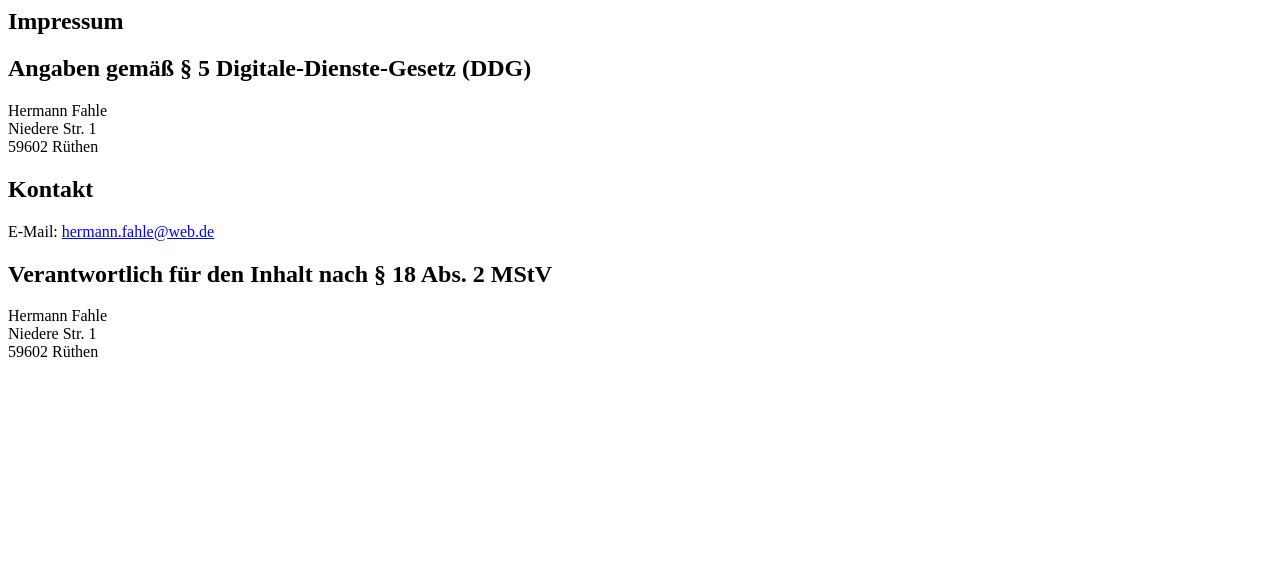
Repository: h-fahle/h-fahle.github.io
Page: impressum.html
These files come from the project's save history. The page is drawn as it stood at one moment and after the next save; the edit follows.
The browser window is 1280 px wide. The pictures show the whole page.

Above is the page before, as saved 2026-05-24 12:38:08.

After the next save:
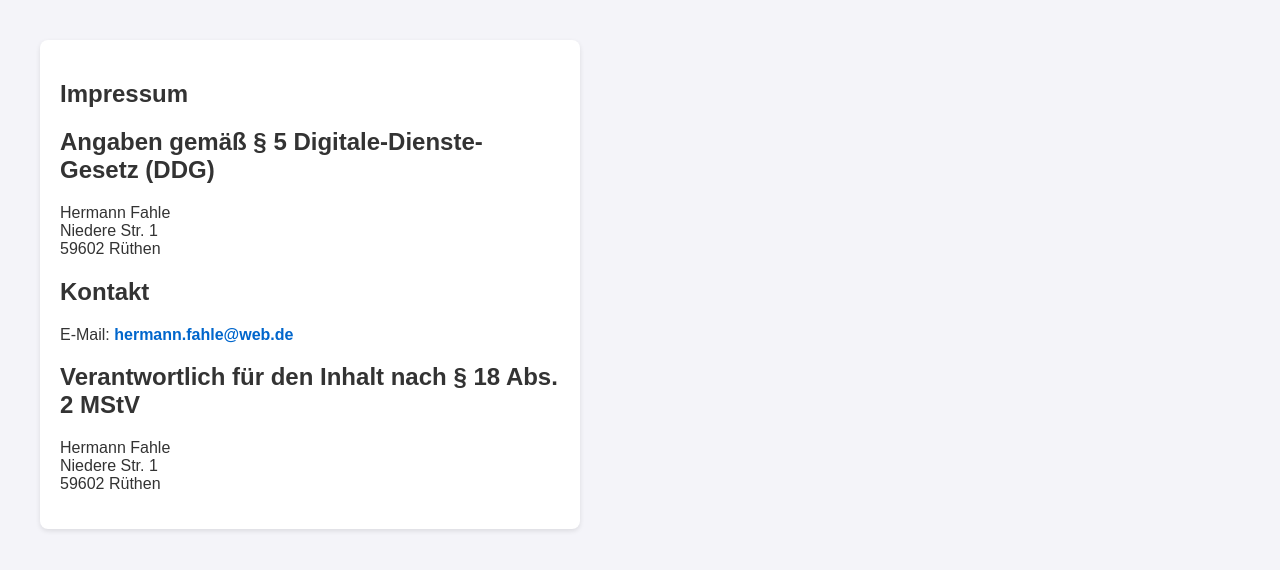
Saved 4 min 11 s later.
--- a/impressum.html
+++ b/impressum.html
@@ -1,7 +1,63 @@
-<h2>Impressum</h2>
-<h2>Angaben gemäß § 5 Digitale-Dienste-Gesetz (DDG)</h2>
-<p>Hermann Fahle<br>Niedere Str. 1<br>59602 Rüthen</p>
-<h2>Kontakt</h2>
-<p>E-Mail: <a href="mailto:hermann.fahle@web.de">hermann.fahle@web.de</a></p>
-<h2>Verantwortlich für den Inhalt nach § 18 Abs. 2 MStV</h2>
-<p>Hermann Fahle<br>Niedere Str. 1<br>59602 Rüthen</p>
+<!DOCTYPE html>
+<html lang="de">
+<head>
+    <meta charset="UTF-8">
+    <meta name="viewport" content="width=device-width, initial-scale=1.0">
+    <title>Dokumentenübersicht</title>
+    <style>
+        body {
+            margin: 0;
+            font-family: Arial, sans-serif;
+            display: flex;
+            flex-direction: column;
+            min-height: 100vh;
+            background-color: #f4f4f9;
+            color: #333;
+        }
+        footer {
+            margin-top: auto; /* Drückt den Footer an den unteren Rand */
+            background-color: #f1f1f1;
+            text-align: center;
+        }
+        .container {
+            background: #fff;
+            margin: 40px;
+            padding: 20px;
+            border-radius: 8px;
+            max-width: 500px;
+            box-shadow: 0 2px 5px rgba(0,0,0,0.1);
+        }
+        h1 {
+            font-size: 1.5em;
+            margin-top: 0;
+        }
+        ul {
+            list-style-type: none;
+            padding: 0;
+        }
+        li {
+            margin: 15px 0;
+        }
+        a {
+            text-decoration: none;
+            color: #0066cc;
+            font-weight: bold;
+        }
+        a:hover {
+            text-decoration: underline;
+        }
+    </style>
+</head>
+<body>
+
+    <div class="container">
+        <h2>Impressum</h2>
+        <h2>Angaben gemäß § 5 Digitale-Dienste-Gesetz (DDG)</h2>
+        <p>Hermann Fahle<br>Niedere Str. 1<br>59602 Rüthen</p>
+        <h2>Kontakt</h2>
+        <p>E-Mail: <a href="mailto:hermann.fahle@web.de">hermann.fahle@web.de</a></p>
+        <h2>Verantwortlich für den Inhalt nach § 18 Abs. 2 MStV</h2>
+        <p>Hermann Fahle<br>Niedere Str. 1<br>59602 Rüthen</p>
+    </div>
+
+</body>
